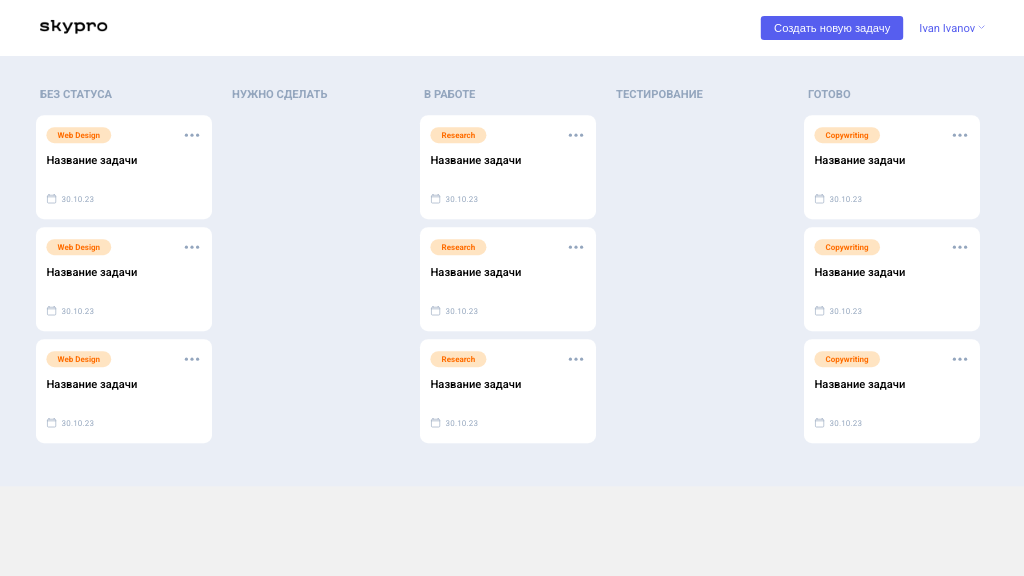
Repository: Olchik-resh/skypro-kanban
Page: /
The author's editor kept a copy of each file at every save. The page is drawn from the files as they stood at one save, then again after a run of saves.
The browser window is 1280 px wide. The pictures show the whole page, at 80% of full size.
The project was rebuilt for these pictures with package versions that can differ from the ones it lists, and the page was loaded fresh each time. Also part of the build but not shown: vite.config.js.

Above is the page before, as saved 2025-07-28 17:20:03.

After the next 2 saves:
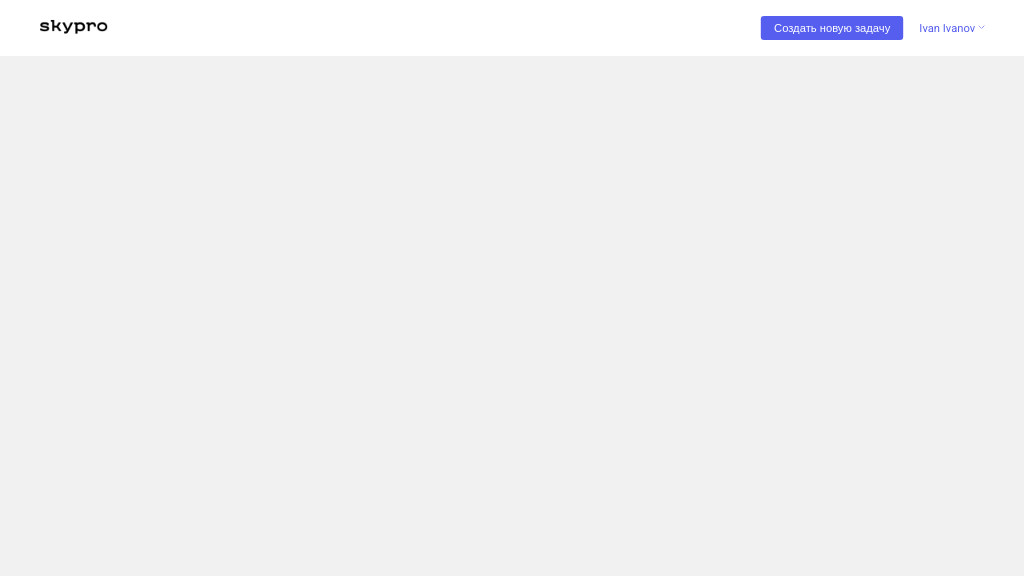
Console error: ReferenceError: tasks is not defined
The 2 saves are shown as one change because they came seconds apart.
The last was saved 2 min 2 s later.
--- a/src/components/TaskColumn.vue
+++ b/src/components/TaskColumn.vue
@@ -18,13 +18,13 @@
 import TaskCard from './TaskCard.vue'
 import { computed } from 'vue'
 
-const props = defineProps({
+defineProps({
   tasks: { type: Array, required: true },
   title: { type: String, required: true },
 })
 
 const filteredTasks = computed(() => {
-  return props.tasks.filter((task) => task.status === props.title)
+  return tasks.value.filter(task => task.status === title)
 })
 </script>
 

After the 2 saves that followed:
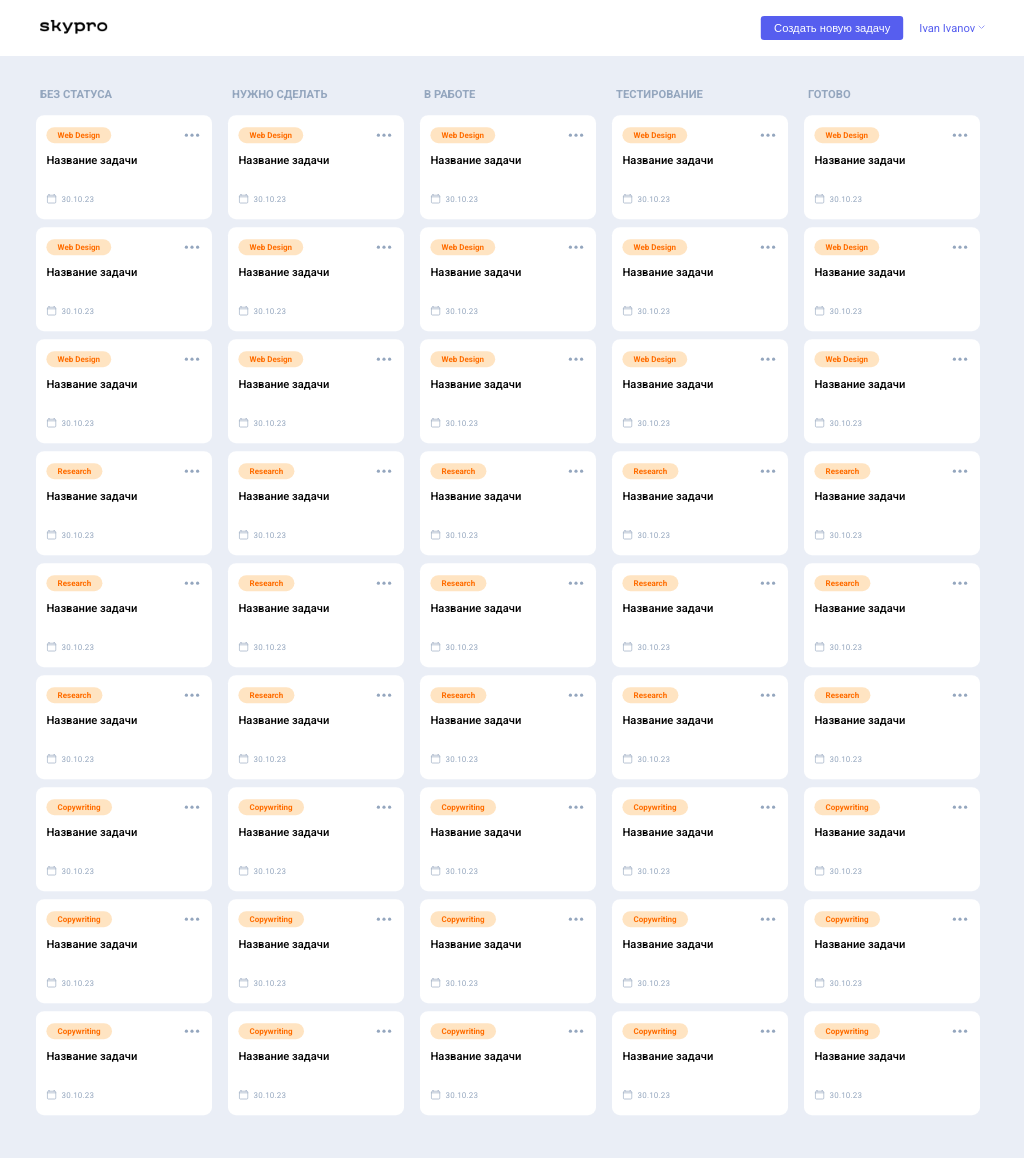
The error is gone.
The 2 saves are shown as one change because they came seconds apart.
The last was saved 9 s later.
--- a/src/components/TaskColumn.vue
+++ b/src/components/TaskColumn.vue
@@ -4,7 +4,7 @@
       <p>{{ title }}</p>
     </div>
     <TaskCard
-      v-for="task in filteredTasks"
+      v-for="task in tasks"
       :key="task.id"
       :title="task.title"
       :status="task.status"
@@ -16,16 +16,11 @@
 
 <script setup>
 import TaskCard from './TaskCard.vue'
-import { computed } from 'vue'
 
 defineProps({
   tasks: { type: Array, required: true },
   title: { type: String, required: true },
 })
-
-const filteredTasks = computed(() => {
-  return tasks.value.filter(task => task.status === title)
-})
 </script>
 
 <style lang="scss" scoped></style>
